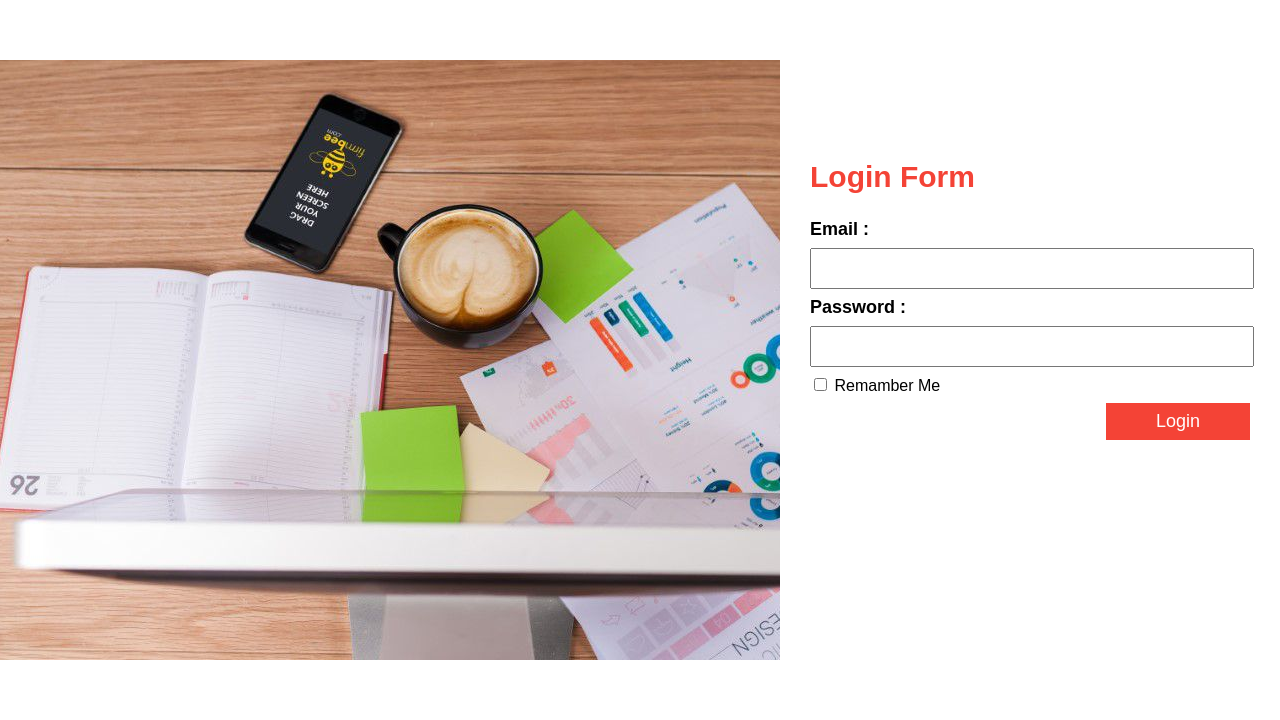
Repository: bayulalu/sekolah-orgaisasi
Page: http://localhost/login-user
These files come from the project's save history. The page is drawn as it stood at one moment and after the next save; the edit follows.
The browser window is 1280 px wide. The pictures show the whole page.
The page is served by the project's Laravel application, run on PHP 8.4 with Laravel 8. Other server files are loaded and not shown.

Above is the page before, as saved 2020-07-19 14:00:51.

### routes/web.php
<?php

use Illuminate\Support\Facades\Route;



// Route::get('/', function () {
//     return view('welcome');
// });



Route::get('/login-user', 'AuthController@login')->name('login');
Route::post('/login-user', 'AuthController@postLogin')->name('login');
Route::get('/event', 'ArtikelController@event')->name('event');

Route::group(['middleware' => 'auth'], function(){

    Route::get('/register-user','AuthController@registerUser')->name('register');
    Route::post('/register-user','AuthController@storeUser')->name('register');
    Route::get('/logout', 'AuthController@logout' )->name('logout');

    Route::get('/create-envet', 'ArtikelController@create')->name('create-event');
    Route::post('/create-envet', 'ArtikelController@store')->name('create-event');

    Route::get('/event-delete/{slug}', 'ArtikelController@delete');
    Route::get('/event-update/{slug}', 'ArtikelController@edit');
    Route::post('/event-update/{slug}', 'ArtikelController@update');
});

Route::get('/', 'ArtikelController@index')->name('home');
Route::get('/event/{slug}', 'ArtikelController@showDetail')->name('singgel-event');


// Route::get('/tes', function () {
//     return view('gush.singgle');

// });

// Auth::routes();

// Route::get('/home', 'HomeController@index')->name('home');

### app/Http/Controllers/AuthController.php
<?php

namespace App\Http\Controllers;

use Auth;
use Illuminate\Http\Request;
use App\Models\User;
use Illuminate\Support\Facades\Auth as FacadesAuth;

class AuthController extends Controller
{
    public function login()
    {
        return view('auth2.login');
    }

    public function postLogin(Request $request)
    {
        // die('mask');

        $this->validate($request, [
            'user' => 'required',
            'password' => 'required'
        ]);


        $users = auth()->attempt(['user' => $request->user, 'password' => $request->password]);

        if (!$users) {
            return redirect()->back()->withInput($request->only('user', 'password'));
        }

        return redirect()->route('home');
    }

    public function registerUser()
    {
        if(Auth::user()->level != 1){
            return redirect()->route('home');

        }


        return view('auth2.register');
    }

    public function storeUser(Request $request)
    {

        if(Auth::user()->level != 1){
            return redirect()->route('home');

        }

        $this->validate($request, [
            'name' => 'required',
            'user' => 'required|unique:users',
            'organisasi' => 'required',
            'password' => 'required|string'
        ]);


      User::create([
            'name' => $request->name,
            'user' => $request->user,
            'status' => $request->organisasi,
            'password' =>  bcrypt($request->password),
            'level' => 2,
        ]);

        return redirect()->route('register')->with('msg','User Berhasil Di Tambah');


    }



    public function logout()
    {
        Auth::logout();
        return redirect()->route('home');
    }
}

### resources/views/auth2/login.blade.php


<!DOCTYPE html>
<html lang="en">
<head>
    <meta charset="UTF-8">
    <meta name="viewport" content="width=device-width, initial-scale=1.0">
    <meta http-equiv="X-UA-Compatible" content="ie=edge">
    <title>Login</title>
</head>
    <link rel="stylesheet" href="{{ asset('css/login.css') }}">
<body>
    <div class="d1">

    </div>
    <div class="login">
      <form class="" action="index.html" method="post">
        <h2>
    Login Form</h2>
    <label for="">Email :</label>
        <input class="txtb" type="text" name="" value="">
        <label for="">Password :</label>
        <input class="txtb" type="password" name="" value="">
        <div class="check">

        <input type="checkbox" name="" value="">
        <span>Remamber Me</span>

      </div>
    <input class="btn" type="button" name="" value="Login">
      </form>
    </div>
</body>
</html>

### public/css/login.css
body,
html {
    margin: 0;
    padding: 0;
    height: 100%;
    font-family: sans-serif;
}
.d1 {
    width: 70%;
    height: 100%;
    overflow: hidden;
    float: left;
    /* background: ("../img/intro-bg.png") center; */
    background-image: url("../img/login.jpg")  ;
    background-repeat: no-repeat;
    background-position: center;
}
.login {
    position: fixed;
    overflow: hidden;
    width: 100%;
    max-width: 500px;
    right: 0;
    margin: 0;
    background: #fff;
    height: 100%;
    z-index: 1;
}
.login form {
    margin: 160px 30px;
}
.login h2 {
    font-size: 30px;
    color: #f44336;
}
.login label {
    display: block;
    font-size: 18px;
    font-weight: 700;
    margin: 8px 0;
}
.txtb {
    width: 100%;
    padding: 8px 0;
    font-size: 18px;
}
.check {
    margin: 8px 0;
}
.btn {
    display: block;
    float: right;
    background: #f44336;
    font-size: 18px;
    padding: 8px 50px;
    color: white;
    border: none;
}

Loaded but not shown: app/Http/Controllers/Controller.php (common file)

After the next save:
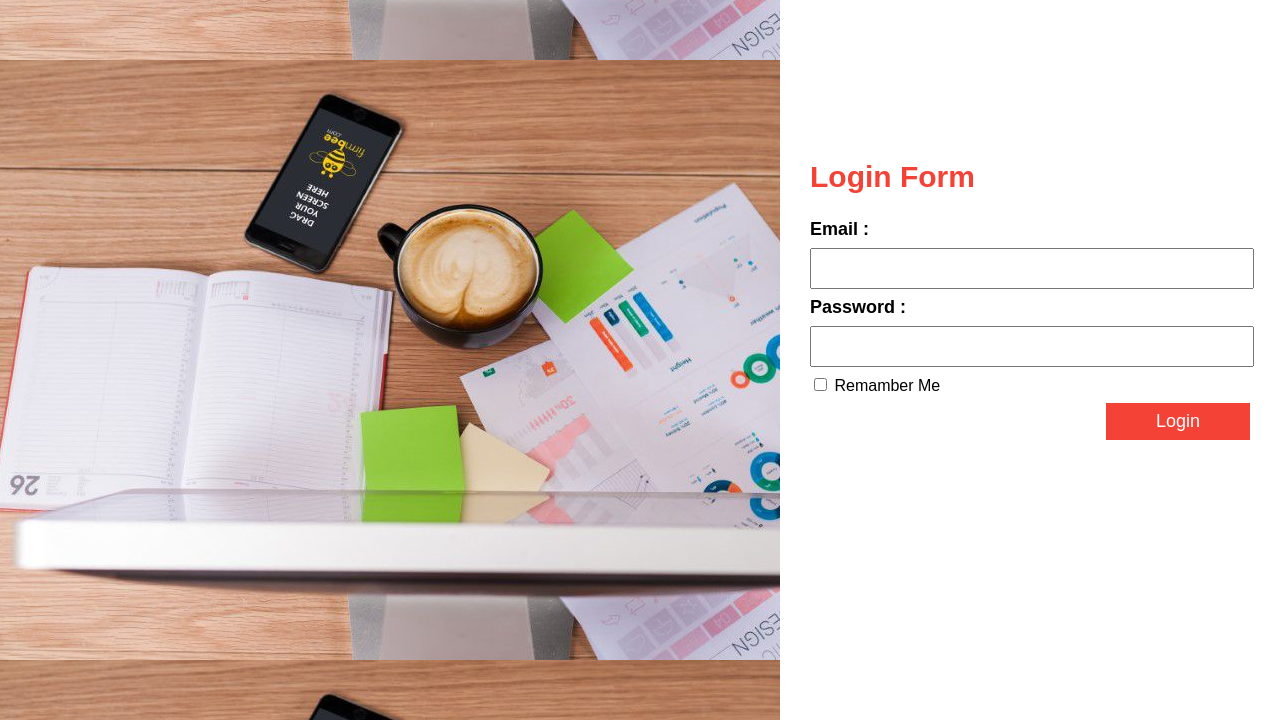
Saved 10 s later.
--- a/public/css/login.css
+++ b/public/css/login.css
@@ -12,7 +12,7 @@ html {
     float: left;
     /* background: ("../img/intro-bg.png") center; */
     background-image: url("../img/login.jpg")  ;
-    background-repeat: no-repeat;
+    /* background-repeat: no-repeat; */
     background-position: center;
 }
 .login {
